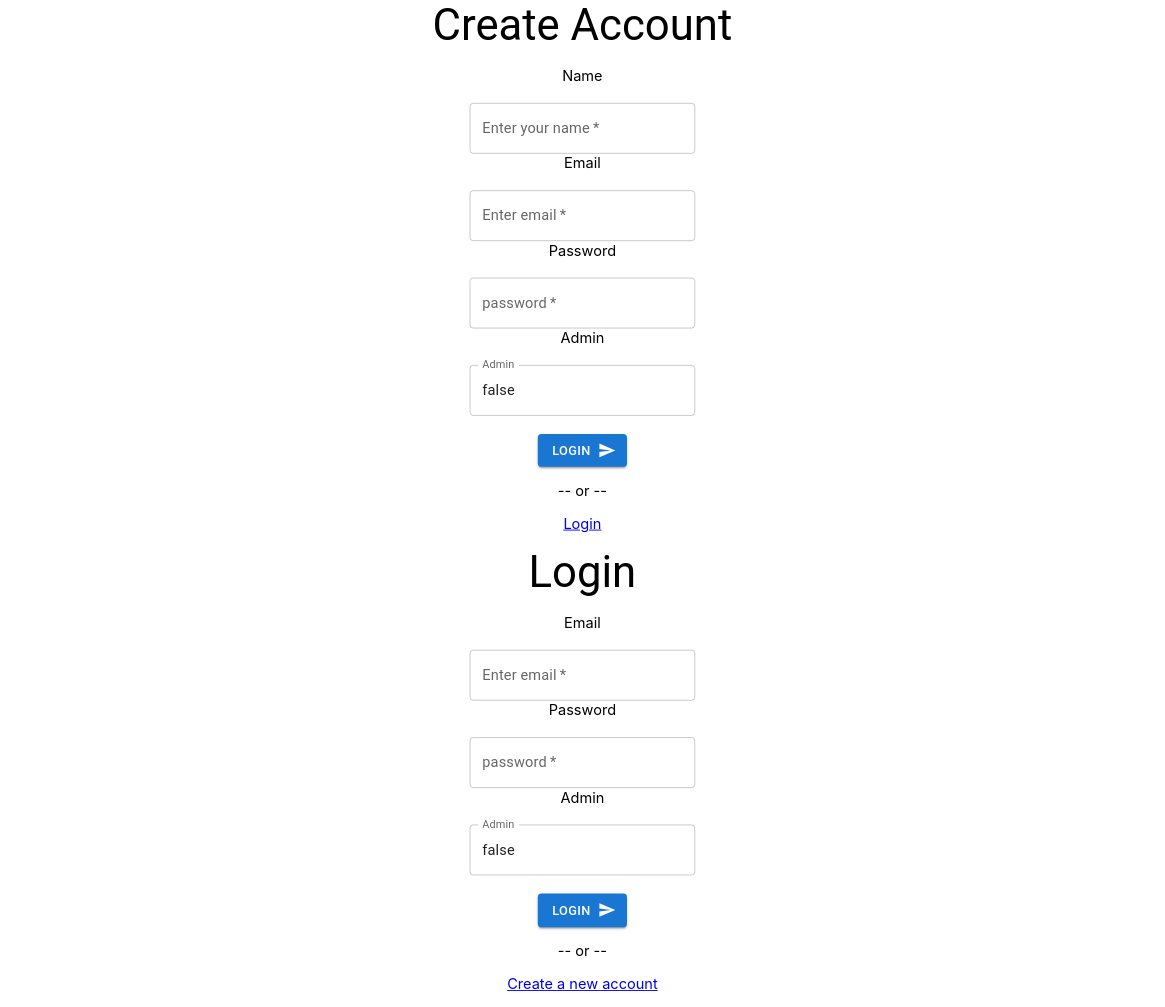
Repository: nj10deadend/mern-w-auth-app
Page: /registration (app in frontend/store/)
An editor plug-in stored every save of this project. The page is shown before and after the next save, followed by the edit.
The browser window is 1280 px wide. The pictures show the whole page, at 91% of full size.
The page's requests for data from a server got no answer. The project was rebuilt for these pictures with package versions that can differ from the ones it lists, and the page was loaded fresh each time. No one was signed in, and anything a server would have sent is missing. Also part of the build but not shown: frontend/store/src/components/Items.js, frontend/store/src/AuthenticatedApp.js.

Above is the page before, as saved 2022-01-07 00:37:28.

After the next save:
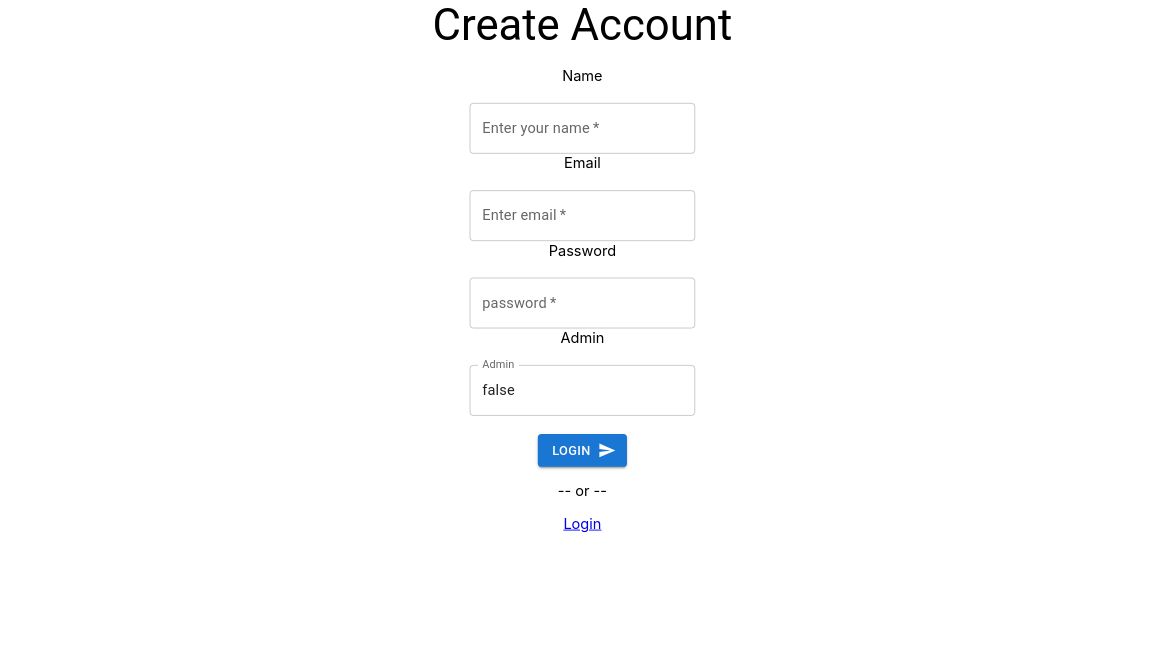
Saved 40 s later.
--- a/frontend/store/src/components/Registration.js
+++ b/frontend/store/src/components/Registration.js
@@ -98,13 +98,13 @@ function Registration () {
             </form>
 
             <p>-- or --</p>
-            <p><Link to="*">Login</Link></p>
+            <p><Link to="/">Login</Link></p>
 
 
-            <Routes>
+            {/* <Routes>
                 <Route path="/" element={<Login />} />
                 <Route path="/items" element={<Items />} />
-            </Routes>
+            </Routes> */}
 
 
         </Box>
